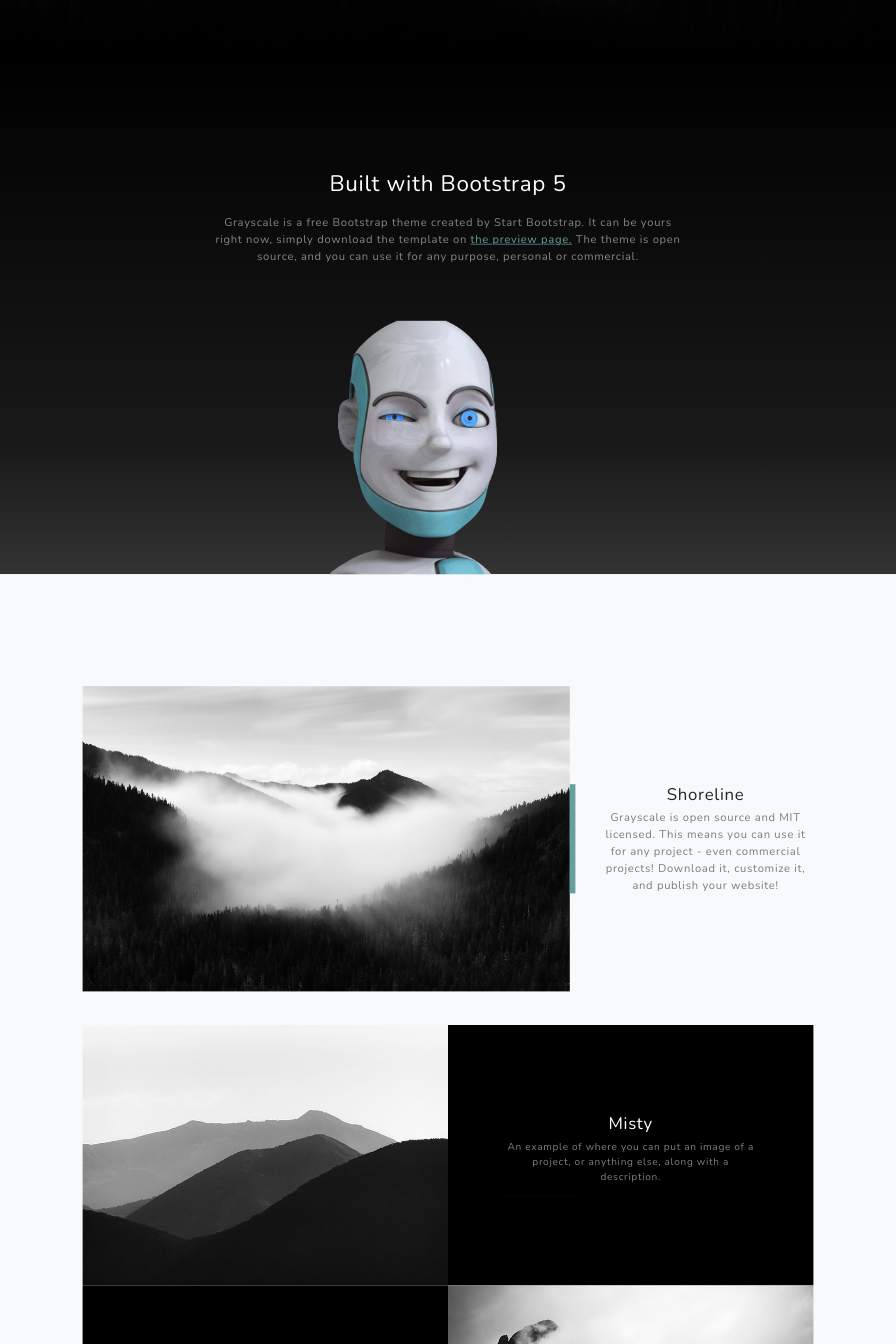
Repository: seyicoded/ico_one
Page: docs/index.html
These files come from the project's save history. The page is drawn as it stood at one moment and after the next save; the edit follows.
The browser window is 1280 px wide. The pictures show the part of the page from y = 636 to 2556 px (the page is 4101 px tall before and 4173 px after), at 70% of full size.

Above is the page before, as saved 2022-02-13 16:26:23.

After the next save:
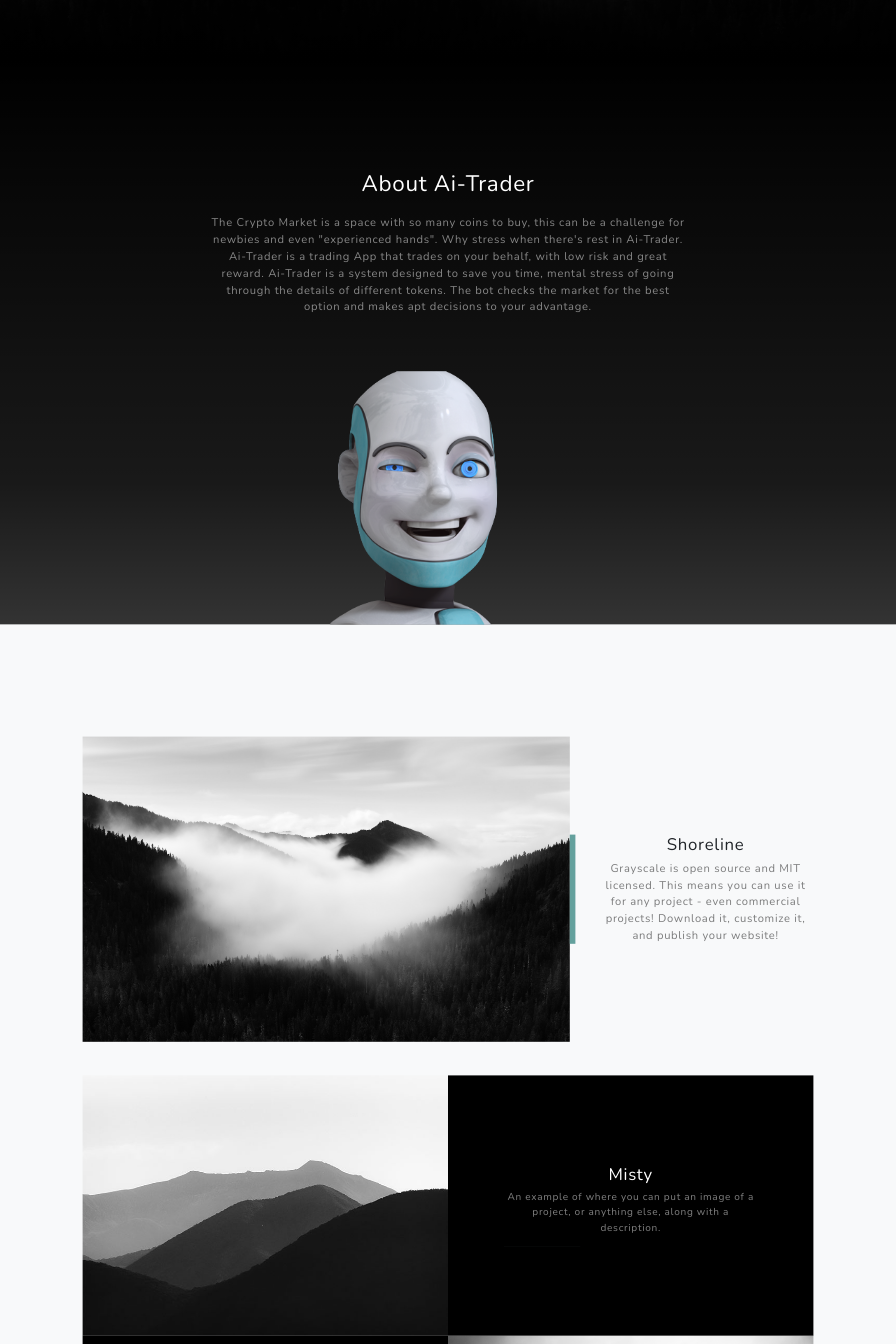
Saved 74 s later.
--- a/docs/index.html
+++ b/docs/index.html
@@ -92,11 +92,11 @@
             <div class="container px-4 px-lg-5">
                 <div class="row gx-4 gx-lg-5 justify-content-center">
                     <div class="col-lg-8">
-                        <h2 class="text-white mb-4">Built with Bootstrap 5</h2>
+                        <h2 class="text-white mb-4">About Ai-Trader</h2>
                         <p class="text-white-50">
-                            Grayscale is a free Bootstrap theme created by Start Bootstrap. It can be yours right now, simply download the template on
-                            <a href="https://startbootstrap.com/theme/grayscale/">the preview page.</a>
-                            The theme is open source, and you can use it for any purpose, personal or commercial.
+                            The Crypto Market is a space with so many coins to buy, this can be a challenge for newbies and even "experienced hands". Why stress when there's rest in Ai-Trader.
+Ai-Trader is a trading App that trades on your behalf, with low risk and great reward.
+Ai-Trader is a system designed to save you time, mental stress of going through the details of different tokens. The bot checks the market for the best option and makes apt decisions to your advantage.
                         </p>
                     </div>
                 </div>
